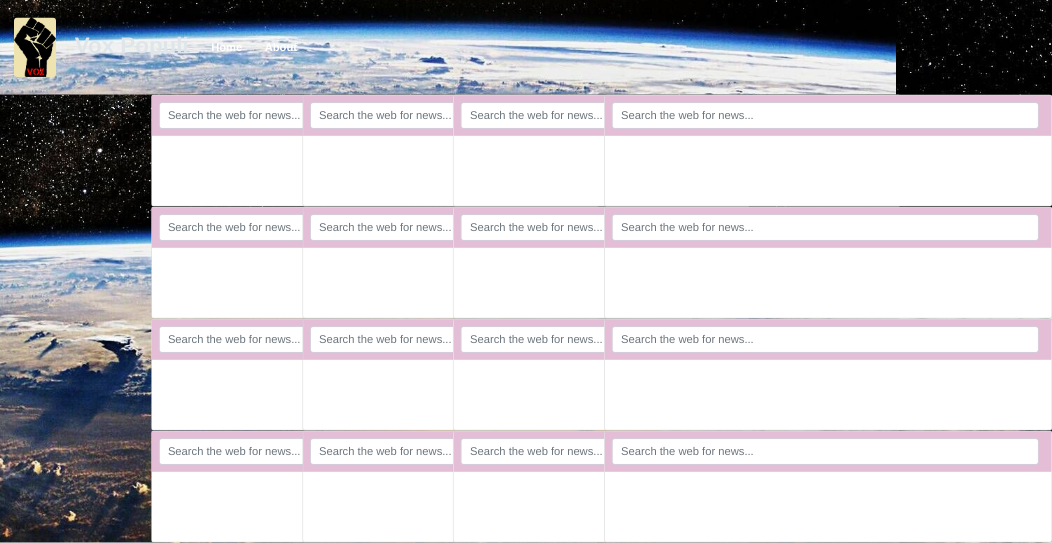
Repository: mseparov/vox-populi
Page: / (app in vox-populi/)
The author's editor kept a copy of each file at every save. The page is drawn from the files as they stood at one save, then again after the next save.
The browser window is 1280 px wide. The page is 1503 px wide, so the pictures cover 1503 px, including what lies to the right of the window. The pictures show the part of the page from y = 0 to 1640 px (the page is 775 px tall before and 4383 px after), at 70% of full size.
The page's requests for data from a server got no answer. Backgrounds fixed to the window are drawn as part of the page. The project was rebuilt for these pictures with package versions that can differ from the ones it lists, and the page was loaded fresh each time. No one was signed in, and anything a server would have sent is missing.

Above is the page before, as saved 2021-08-22 23:28:58.

After the next save:
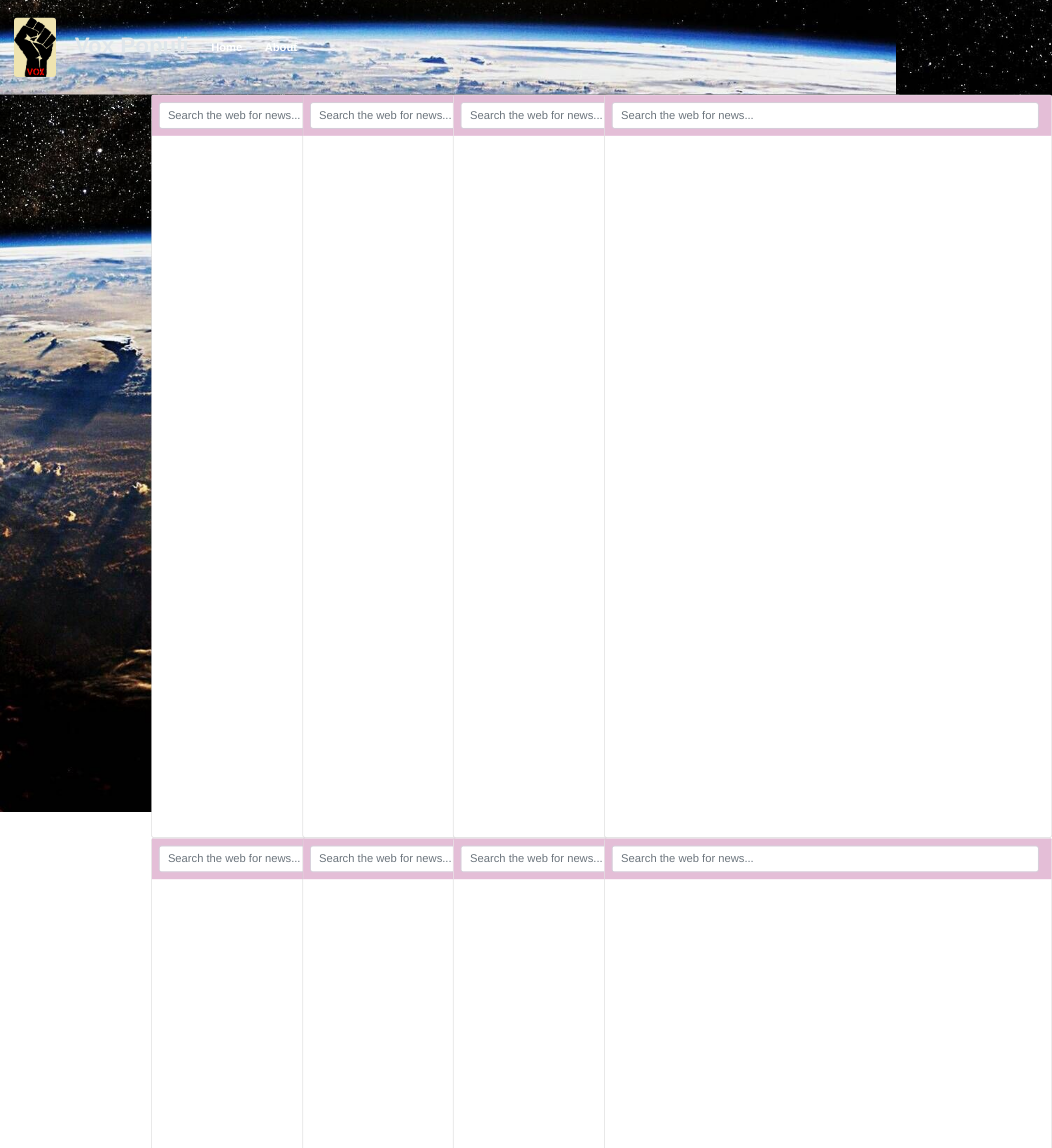
Saved 72 s later.
--- a/vox-populi/src/components/NewsArticle.vue
+++ b/vox-populi/src/components/NewsArticle.vue
@@ -213,7 +213,7 @@
     justify-content: center;
     align-items: center;
     width: 100%;
-    height: 100px;
+    height: 1002px;
     font-size: 1.6rem;
   }
 

After the save that followed:
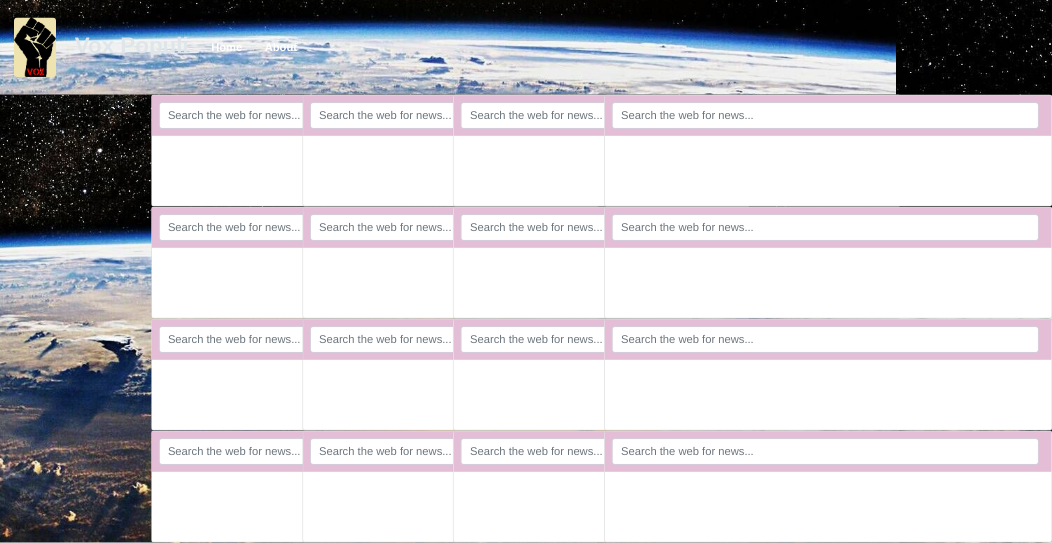
Saved 11 s later.
--- a/vox-populi/src/components/NewsArticle.vue
+++ b/vox-populi/src/components/NewsArticle.vue
@@ -213,7 +213,7 @@
     justify-content: center;
     align-items: center;
     width: 100%;
-    height: 1002px;
+    height: 100px;
     font-size: 1.6rem;
   }
 
